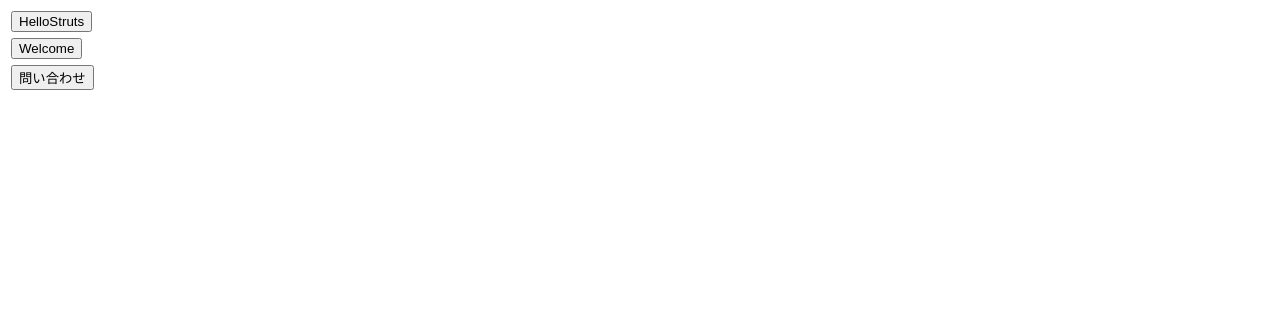
Repository: shimadaasato/test
Page: http://localhost/WebProj4/
The author's editor kept a copy of each file at every save. The page is drawn from the files as they stood at one save, then again after the next save.
The browser window is 1280 px wide. The pictures show the whole page.
The page is served by Tomcat 9.

Above is the page before, as saved 2019-02-04 11:18:07.

After the next save:
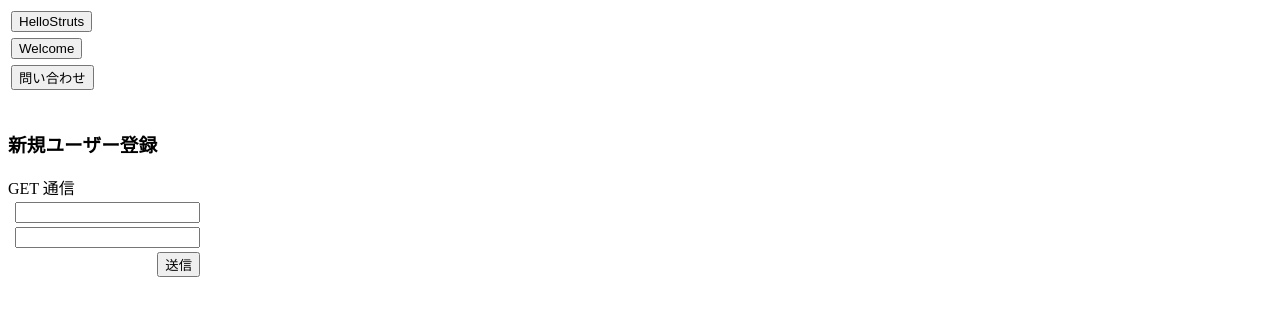
Saved 5 min 56 s later.
--- a/WebProj4/WebContent/index.jsp
+++ b/WebProj4/WebContent/index.jsp
@@ -31,5 +31,21 @@
 
 	</s:form>
 
+	<br>
+
+	<h3>新規ユーザー登録</h3>
+
+	GET 通信
+
+	<s:form method="get" action="TestAction">
+
+	<s:textfield name="username"/>
+
+	<s:password name="password"/>
+
+	<s:submit value="送信"/>
+
+	</s:form>
+
 </body>
 </html>
